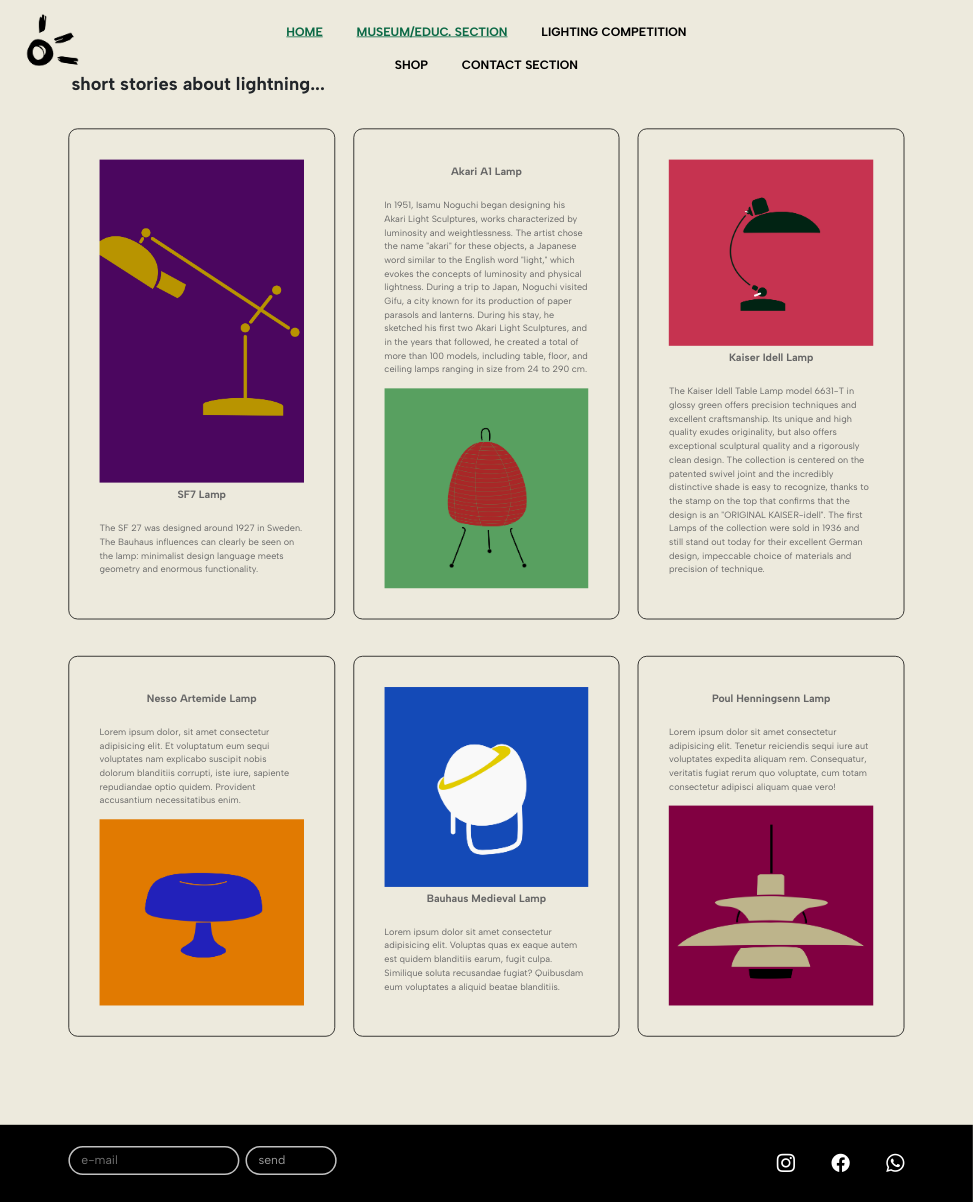
Repository: veronicamdiaz/Landing-Page-Practices
Page: museum-educational-section.html
The author's editor kept a copy of each file at every save. The page is drawn from the files as they stood at one save, then again after the next save.
The browser window is 1280 px wide. The pictures show the whole page, at 76% of full size.

Above is the page before, as saved 2025-06-01 14:42:00.
Console error: TypeError: Cannot read properties of null (reading 'addEventListener')

After the next save:
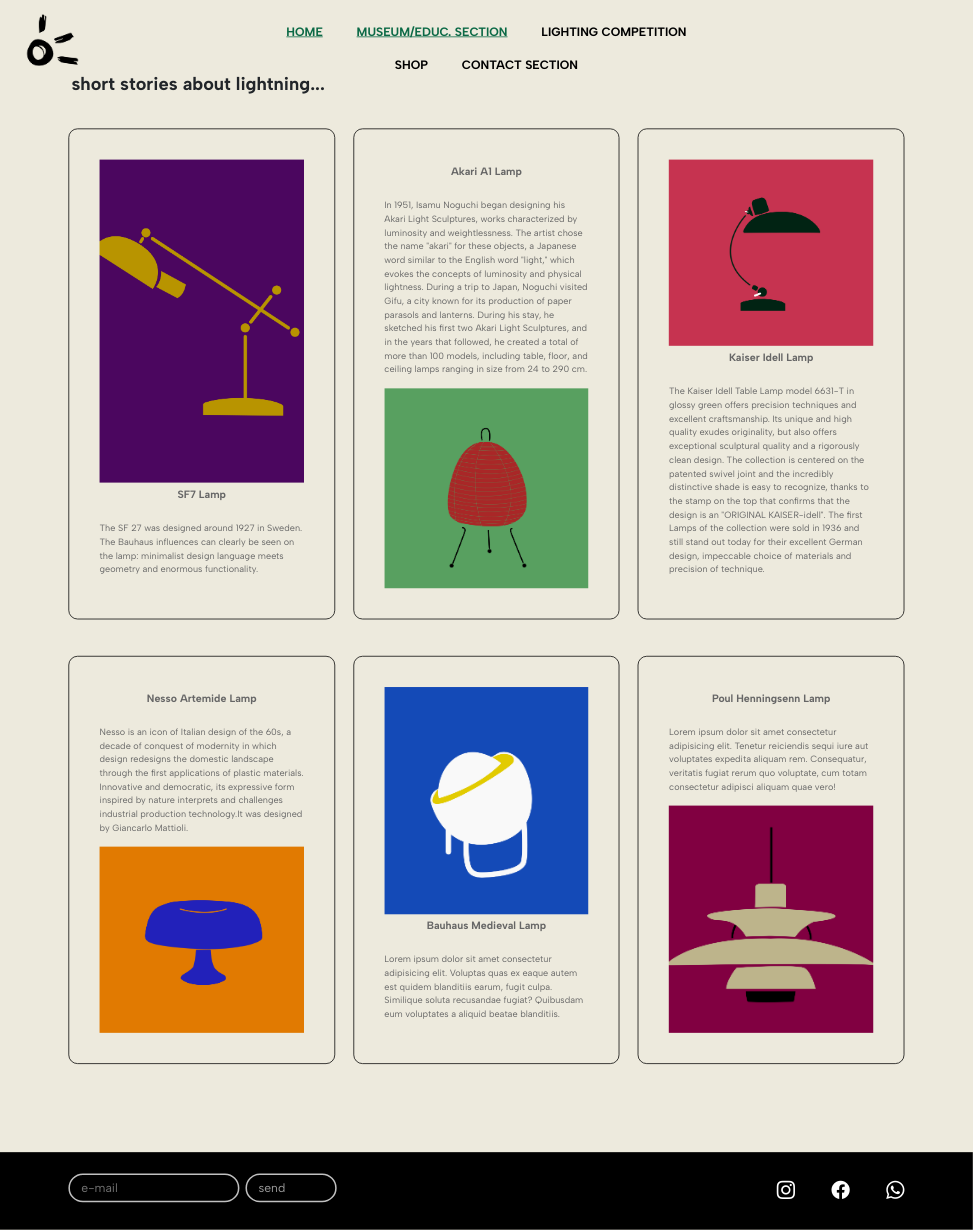
Saved 106 s later.
--- a/museum-educational-section.html
+++ b/museum-educational-section.html
@@ -66,7 +66,7 @@
         <div class="col-md-4 col-12 mb-5 p-6">
             <div class="card bg-transparent">
                 <h3 class="pb-2 pt-2">Nesso Artemide Lamp</h3>
-                <p>Lorem ipsum dolor, sit amet consectetur adipisicing elit. Et voluptatum eum sequi voluptates nam explicabo suscipit nobis dolorum blanditiis corrupti, iste iure, sapiente repudiandae optio quidem. Provident accusantium necessitatibus enim.</p>
+                <p>Nesso is an icon of Italian design of the 60s, a decade of conquest of modernity in which design redesigns the domestic landscape through the first applications of plastic materials. Innovative and democratic, its expressive form inspired by nature interprets and challenges industrial production technology.It was designed by Giancarlo Mattioli.</p>
                 <img src="/images/lights drawings2-03.jpg" alt="nesso-artemide-lamp" class="img-fluid">
             </div>
         </div>
